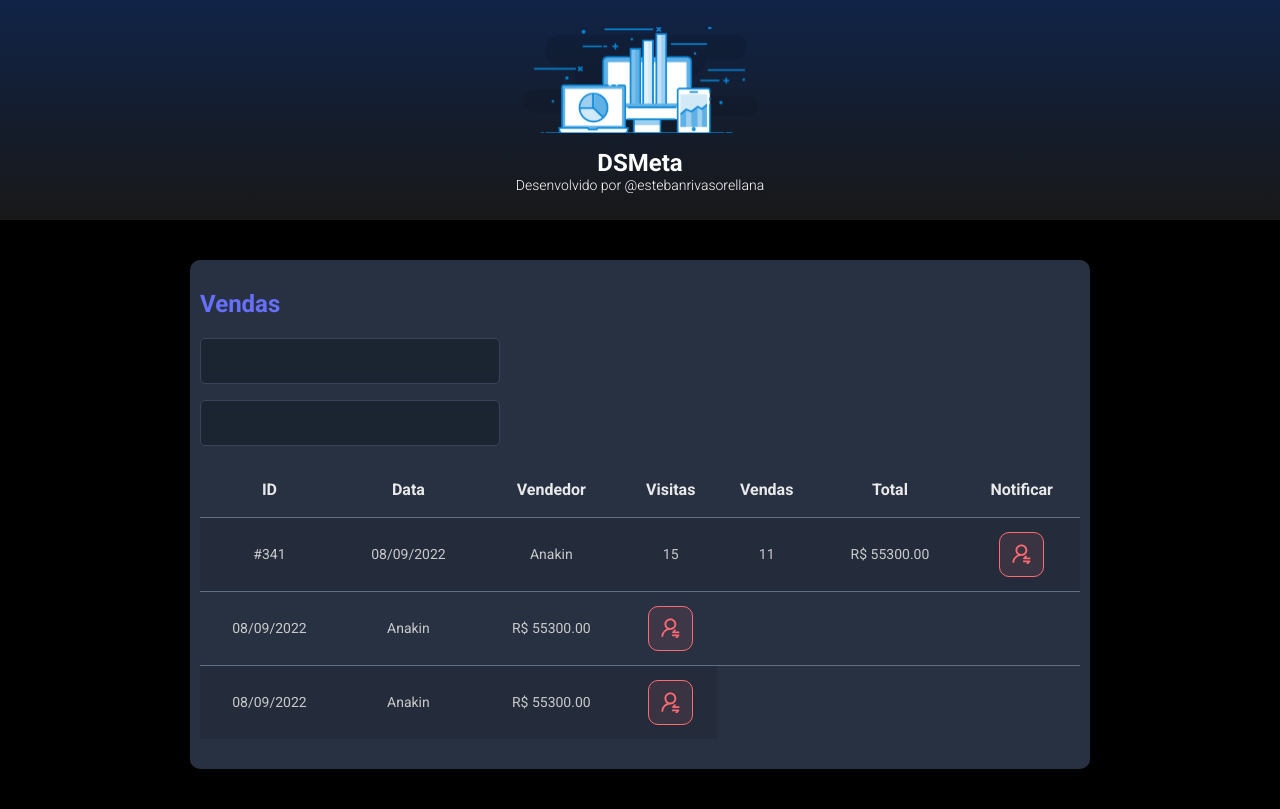
Repository: estebanrivas/dsmeta-css
Page: index.html
An editor plug-in stored every save of this project. The page is shown before and after the next save, followed by the edit.
The browser window is 1280 px wide. The pictures show the whole page.

Above is the page before, as saved 2022-09-08 22:25:39.

After the next save:
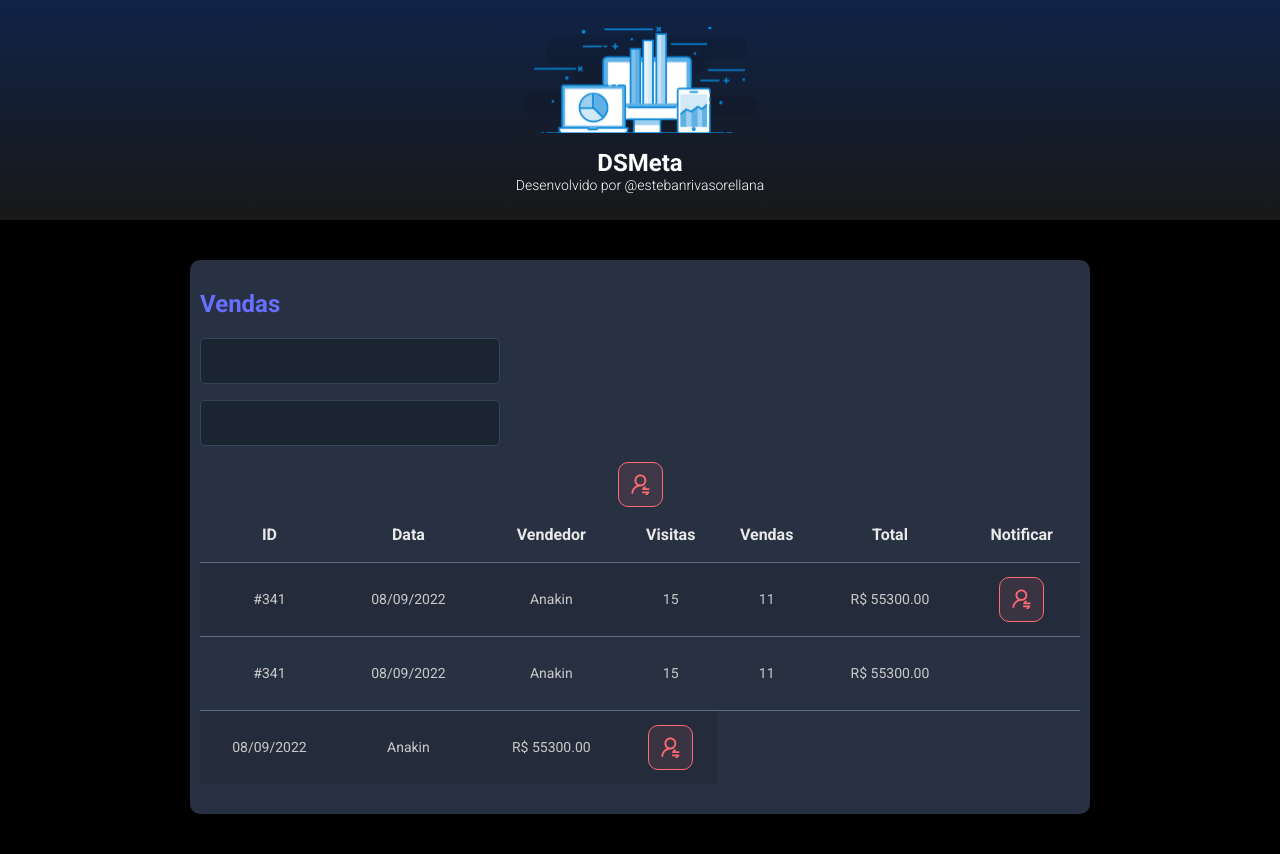
Saved 9 s later.
--- a/index.html
+++ b/index.html
@@ -66,10 +66,12 @@
                                     </td>
                                 </tr>
                                 <tr>
+                                    <td class="show900">#341</td>
                                     <td class="show576">08/09/2022</td>
                                     <td>Anakin</td>
+                                    <td class="show900">15</td>
+                                    <td class="show900">11</td>
                                     <td>R$ 55300.00</td>
-                                    <td>
                                         <div class="dsmeta-red-btn-container">
                                             <div class="dsmeta-red-btn">
                                                 <img src="images/notification-icon.svg" alt="Notificar">
